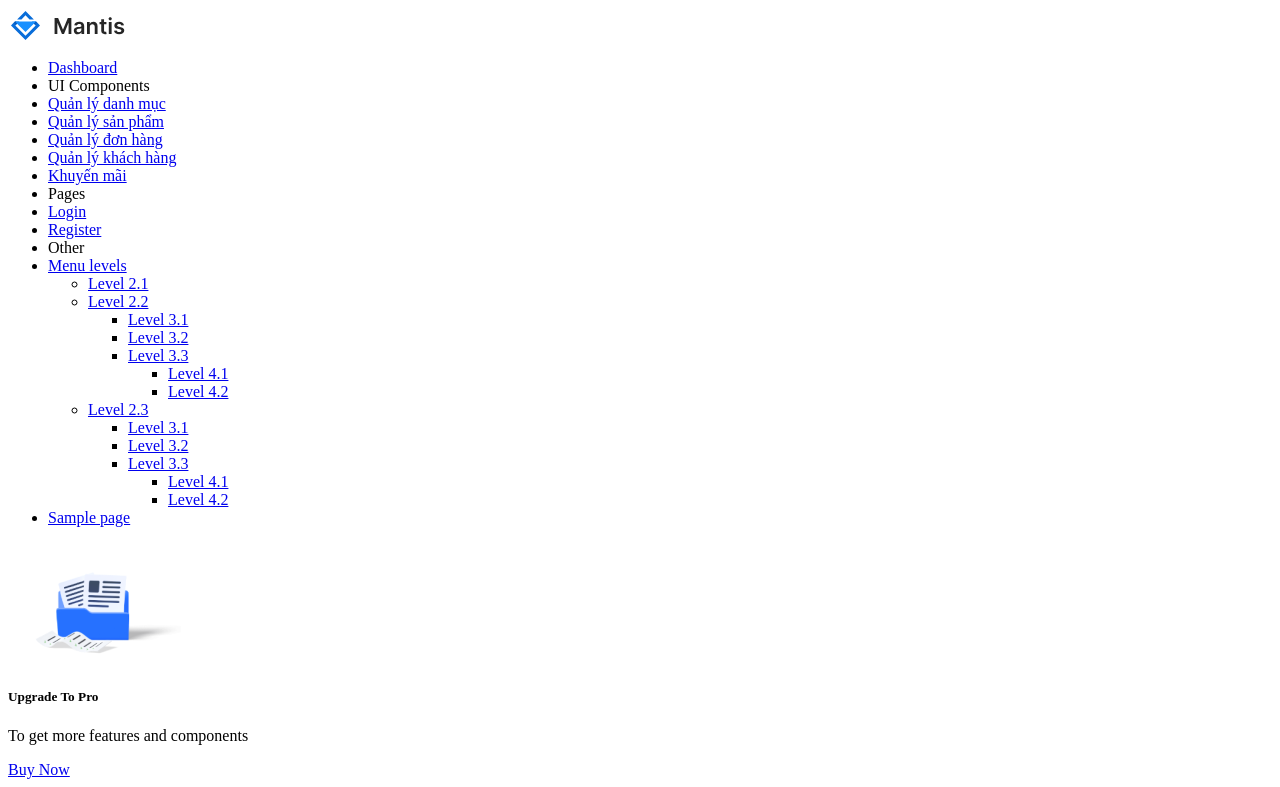
Repository: DucDMinh/LTWebJava_Nhom10
Page: http://localhost/admin/fragments/sidebar
The author's editor kept a copy of each file at every save. The page is drawn from the files as they stood at one save, then again after the next save.
The browser window is 1280 px wide. The pictures show the whole page.
The page is this project's Thymeleaf template; nobody is signed in. The template is opened directly, without the code that normally fills it, so the values that code supplies are empty.

Above is the page before, as saved 2025-10-20 00:42:03.

### nhom10/src/main/resources/templates/admin/fragments/sidebar.html

<!-- [ Sidebar Menu ] start -->
<nav class="pc-sidebar" th:fragment="sidebar">
	<div class="navbar-wrapper">
		<div class="m-header">
			<a href="../dashboard/index.html" class="b-brand text-primary"> <!-- ========   Change your logo from here   ============ -->
				<img src="../assets/images/logo-dark.svg" class="img-fluid logo-lg"
				alt="logo">
			</a>
		</div>
		<div class="navbar-content">
			<ul class="pc-navbar">
				<li class="pc-item"><a href="admin" class="pc-link"> <span
						class="pc-micon"><i class="ti ti-dashboard"></i></span> <span
						class="pc-mtext">Dashboard</span>
				</a></li>

				<li class="pc-item pc-caption"><label>UI Components</label> <i
					class="ti ti-dashboard"></i></li>
				<li class="pc-item"><a href="admin/category" class="pc-link">
						<span class="pc-micon"><i class="ti ti-bookmarks"></i></span> <span
						class="pc-mtext">Quản lý danh mục</span>
				</a></li>
				<li class="pc-item"><a href="admin/category" class="pc-link">
						<span class="pc-micon"><i class="ti ti-brand-producthunt"></i></span> <span
						class="pc-mtext">Quản lý sản phẩm</span>
				</a></li>
				<li class="pc-item"><a href="admin/category" class="pc-link">
						<span class="pc-micon"><i class="ti ti-bookmarks"></i></span> <span
						class="pc-mtext">Quản lý đơn hàng</span>
				</a></li>
				<li class="pc-item"><a href="admin/category" class="pc-link">
						<span class="pc-micon"><i class="ti ti-bookmarks"></i></span> <span
						class="pc-mtext">Quản lý khách hàng</span>
				</a></li>
				<li class="pc-item"><a href="admin/category" class="pc-link">
						<span class="pc-micon"><i class="ti ti-bookmarks"></i></span> <span
						class="pc-mtext">Khuyến mãi</span>
				</a></li>


				<li class="pc-item pc-caption"><label>Pages</label> <i
					class="ti ti-news"></i></li>
				<li class="pc-item"><a href="../pages/login.html"
					class="pc-link"> <span class="pc-micon"><i
							class="ti ti-lock"></i></span> <span class="pc-mtext">Login</span>
				</a></li>
				<li class="pc-item"><a href="../pages/register.html"
					class="pc-link"> <span class="pc-micon"><i
							class="ti ti-user-plus"></i></span> <span class="pc-mtext">Register</span>
				</a></li>

				<li class="pc-item pc-caption"><label>Other</label> <i
					class="ti ti-brand-chrome"></i></li>
				<li class="pc-item pc-hasmenu"><a href="#!" class="pc-link"><span
						class="pc-micon"><i class="ti ti-menu"></i></span><span
						class="pc-mtext">Menu levels</span><span class="pc-arrow"><i
							data-feather="chevron-right"></i></span></a>
					<ul class="pc-submenu">
						<li class="pc-item"><a class="pc-link" href="#!">Level
								2.1</a></li>
						<li class="pc-item pc-hasmenu"><a href="#!" class="pc-link">Level
								2.2<span class="pc-arrow"><i data-feather="chevron-right"></i></span>
						</a>
							<ul class="pc-submenu">
								<li class="pc-item"><a class="pc-link" href="#!">Level
										3.1</a></li>
								<li class="pc-item"><a class="pc-link" href="#!">Level
										3.2</a></li>
								<li class="pc-item pc-hasmenu"><a href="#!" class="pc-link">Level
										3.3<span class="pc-arrow"><i
											data-feather="chevron-right"></i></span>
								</a>
									<ul class="pc-submenu">
										<li class="pc-item"><a class="pc-link" href="#!">Level
												4.1</a></li>
										<li class="pc-item"><a class="pc-link" href="#!">Level
												4.2</a></li>
									</ul></li>
							</ul></li>
						<li class="pc-item pc-hasmenu"><a href="#!" class="pc-link">Level
								2.3<span class="pc-arrow"><i data-feather="chevron-right"></i></span>
						</a>
							<ul class="pc-submenu">
								<li class="pc-item"><a class="pc-link" href="#!">Level
										3.1</a></li>
								<li class="pc-item"><a class="pc-link" href="#!">Level
										3.2</a></li>
								<li class="pc-item pc-hasmenu"><a href="#!" class="pc-link">Level
										3.3<span class="pc-arrow"><i
											data-feather="chevron-right"></i></span>
								</a>
									<ul class="pc-submenu">
										<li class="pc-item"><a class="pc-link" href="#!">Level
												4.1</a></li>
										<li class="pc-item"><a class="pc-link" href="#!">Level
												4.2</a></li>
									</ul></li>
							</ul></li>
					</ul></li>
				<li class="pc-item"><a href="../other/sample-page.html"
					class="pc-link"> <span class="pc-micon"><i
							class="ti ti-brand-chrome"></i></span> <span class="pc-mtext">Sample
							page</span>
				</a></li>
			</ul>
			<div class="card text-center">
				<div class="card-body">
					<img src="../assets/images/img-navbar-card.png" alt="images"
						class="img-fluid mb-2">
					<h5>Upgrade To Pro</h5>
					<p>To get more features and components</p>
					<a
						href="https://codedthemes.com/item/berry-bootstrap-5-admin-template/"
						target="_blank" class="btn btn-success">Buy Now</a>
				</div>
			</div>
		</div>
	</div>
</nav>
<!-- [ Sidebar Menu ] end -->

### nhom10/src/main/resources/static/assets/images/logo-dark.svg
<svg width="118" height="35" viewBox="0 0 118 35" fill="none" xmlns="http://www.w3.org/2000/svg"><path d="M4.63564 15.8644L6.94797 13.552L6.95038 13.5496H11.3006L9.56969 15.2806L9.12278 15.7275L7.35024 17.5L7.56977 17.7201L17.5 27.6498L27.6498 17.5L25.8766 15.7275L25.7518 15.602L23.6994 13.5496H28.0496L28.052 13.552L29.8644 15.3644L32 17.5L17.5 32L3 17.5L4.63564 15.8644ZM17.5 3L25.8784 11.3784H21.5282L17.5 7.35024L13.4718 11.3784H9.12158L17.5 3Z" fill="#096dd9"></path><path d="M7.35025 17.5L9.1228 15.7275L9.5697 15.2805L7.83937 13.5496H6.95039L6.94798 13.552L4.63564 15.8644L6.8551 18.073L7.35025 17.5Z" fill="url(#paint0_linear)"></path><path d="M25.8767 15.7275L27.6498 17.5L27.4743 17.6755L27.4749 17.6761L29.8644 15.3644L28.0521 13.552L28.0497 13.5496H27.8736L25.7518 15.602L25.8767 15.7275Z" fill="url(#paint1_linear)"></path><path d="M6.94549 13.5496L6.9479 13.552L9.12272 15.7275L17.4999 24.1041L28.0544 13.5496H6.94549Z" fill="#1890ff"></path><path d="M46.5781 10V26H49.3594V14.9844H49.5078L53.9297 25.9531H56.0078L60.4297 15.0078H60.5781V26H63.3594V10H59.8125L55.0625 21.5937H54.875L50.125 10H46.5781ZM69.8438 26.2422C71.7266 26.2422 72.8516 25.3594 73.3672 24.3516H73.4609V26H76.1797V17.9687C76.1797 14.7969 73.5937 13.8438 71.3047 13.8438C68.7813 13.8438 66.8437 14.9687 66.2188 17.1562L68.8594 17.5312C69.1406 16.7109 69.9375 16.0078 71.3203 16.0078C72.6328 16.0078 73.3516 16.6797 73.3516 17.8594V17.9062C73.3516 18.7188 72.5 18.7578 70.3828 18.9844C68.0547 19.2344 65.8281 19.9297 65.8281 22.6328C65.8281 24.9922 67.5547 26.2422 69.8438 26.2422ZM70.5781 24.1641C69.3984 24.1641 68.5547 23.625 68.5547 22.5859C68.5547 21.5 69.5 21.0469 70.7656 20.8672C71.5078 20.7656 72.9922 20.5781 73.3594 20.2812V21.6953C73.3594 23.0312 72.2813 24.1641 70.5781 24.1641ZM81.8516 18.9687C81.8516 17.2344 82.8984 16.2344 84.3906 16.2344C85.8516 16.2344 86.7266 17.1953 86.7266 18.7969V26H89.5547V18.3594C89.5625 15.4844 87.9219 13.8438 85.4453 13.8438C83.6484 13.8438 82.4141 14.7031 81.8672 16.0391H81.7266V14H79.0234V26H81.8516V18.9687ZM98.4219 14H96.0547V11.125H93.2266V14H91.5234V16.1875H93.2266V22.8594C93.2109 25.1172 94.8516 26.2266 96.9766 26.1641C97.7813 26.1406 98.3359 25.9844 98.6406 25.8828L98.1641 23.6719C98.0078 23.7109 97.6875 23.7812 97.3359 23.7812C96.625 23.7812 96.0547 23.5312 96.0547 22.3906V16.1875H98.4219V14ZM100.787 26H103.615V14H100.787V26ZM102.209 12.2969C103.107 12.2969 103.842 11.6094 103.842 10.7656C103.842 9.91406 103.107 9.22656 102.209 9.22656C101.303 9.22656 100.568 9.91406 100.568 10.7656C100.568 11.6094 101.303 12.2969 102.209 12.2969ZM116.008 17.1719C115.617 15.1406 113.992 13.8438 111.18 13.8438C108.289 13.8438 106.32 15.2656 106.328 17.4844C106.32 19.2344 107.398 20.3906 109.703 20.8672L111.75 21.2969C112.852 21.5391 113.367 21.9844 113.367 22.6641C113.367 23.4844 112.477 24.1016 111.133 24.1016C109.836 24.1016 108.992 23.5391 108.75 22.4609L105.992 22.7266C106.344 24.9297 108.195 26.2344 111.141 26.2344C114.141 26.2344 116.258 24.6797 116.266 22.4062C116.258 20.6953 115.156 19.6484 112.891 19.1562L110.844 18.7188C109.625 18.4453 109.141 18.0234 109.148 17.3281C109.141 16.5156 110.039 15.9531 111.219 15.9531C112.523 15.9531 113.211 16.6641 113.43 17.4531L116.008 17.1719Z" fill="#000" fill-opacity="0.85"></path><defs><linearGradient id="paint0_linear" x1="8.62526" y1="14.0888" x2="5.56709" y2="17.1469" gradientUnits="userSpaceOnUse"><stop stop-color="#003a8c"></stop><stop offset="0.9637" stop-color="#096dd9" stop-opacity="0"></stop></linearGradient><linearGradient id="paint1_linear" x1="26.2675" y1="14.1279" x2="28.7404" y2="16.938" gradientUnits="userSpaceOnUse"><stop stop-color="#003a8c"></stop><stop offset="1" stop-color="#096dd9" stop-opacity="0"></stop></linearGradient></defs></svg>

After the next save:
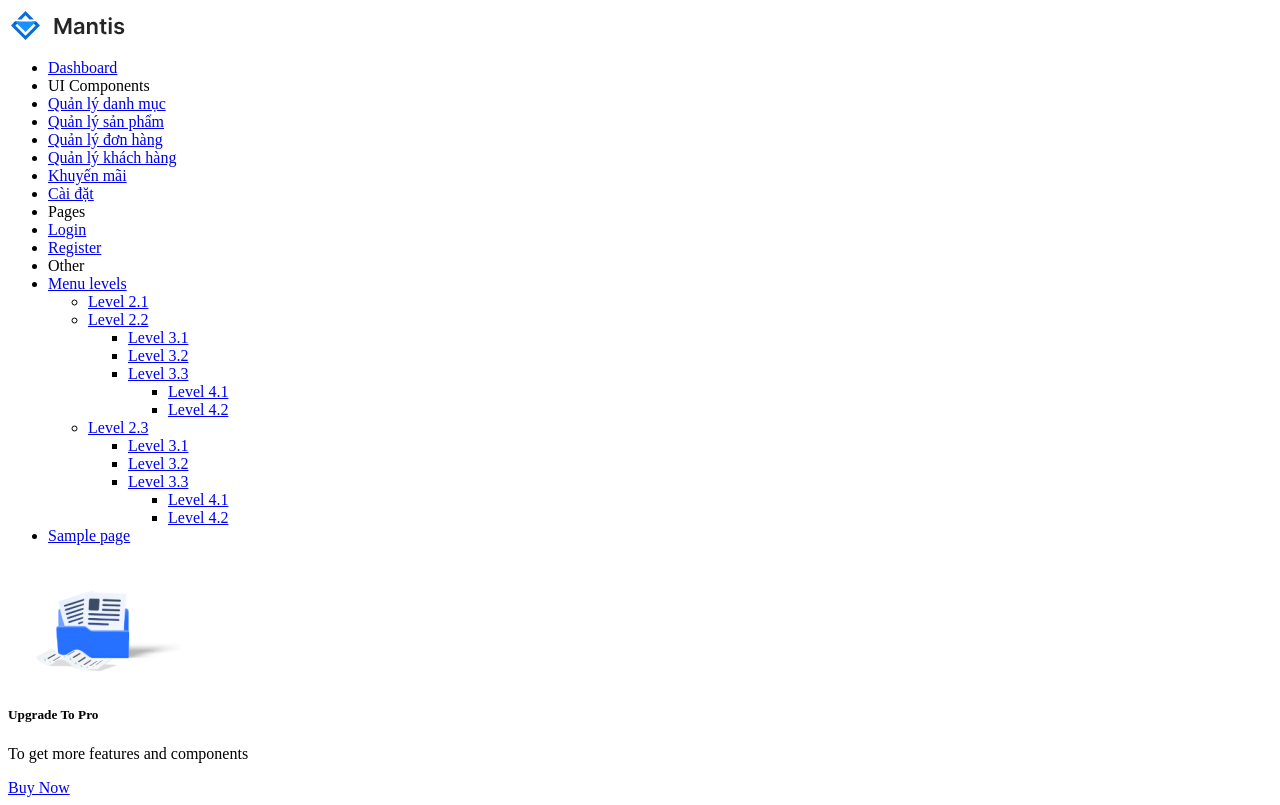
Saved 4 min 6 s later.
--- a/nhom10/src/main/resources/templates/admin/fragments/sidebar.html
+++ b/nhom10/src/main/resources/templates/admin/fragments/sidebar.html
@@ -26,16 +26,20 @@
 						class="pc-mtext">Quản lý sản phẩm</span>
 				</a></li>
 				<li class="pc-item"><a href="admin/category" class="pc-link">
-						<span class="pc-micon"><i class="ti ti-bookmarks"></i></span> <span
+						<span class="pc-micon"><i class="ti ti-license"></i></span> <span
 						class="pc-mtext">Quản lý đơn hàng</span>
 				</a></li>
 				<li class="pc-item"><a href="admin/category" class="pc-link">
-						<span class="pc-micon"><i class="ti ti-bookmarks"></i></span> <span
+						<span class="pc-micon"><i class="ti ti-users"></i></span> <span
 						class="pc-mtext">Quản lý khách hàng</span>
 				</a></li>
 				<li class="pc-item"><a href="admin/category" class="pc-link">
-						<span class="pc-micon"><i class="ti ti-bookmarks"></i></span> <span
+						<span class="pc-micon"><i class="ti ti-discount-2"></i></span> <span
 						class="pc-mtext">Khuyến mãi</span>
+				</a></li>
+				<li class="pc-item"><a href="admin/category" class="pc-link">
+						<span class="pc-micon"><i class="ti ti-settings"></i></span> <span
+						class="pc-mtext">Cài đặt</span>
 				</a></li>
 
 
